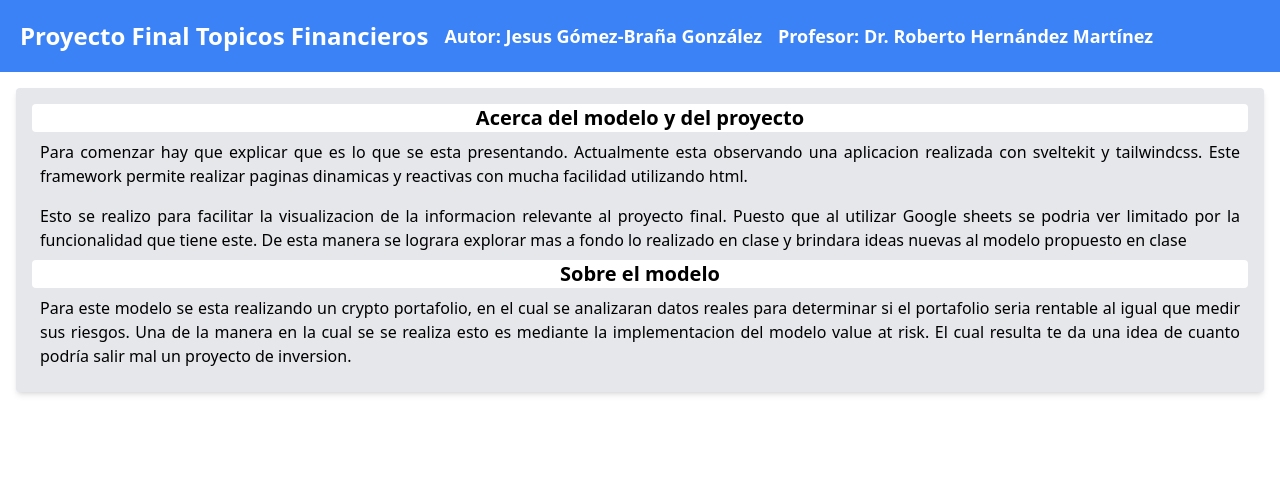
Repository: SistemaACT/Portafolio
Page: /
These files come from the project's save history. The page is drawn as it stood at one moment and after the next save; the edit follows.
The browser window is 1280 px wide. The pictures show the whole page.
The page's requests for data from a server got no answer. The project was rebuilt for these pictures with package versions that can differ from the ones it lists, and the page was loaded fresh each time. The framework's server and built-in components were replaced by stand-ins that run in the browser. No one was signed in, and anything a server would have sent is missing. Also part of the build but not shown: svelte.config.js, vite.config.ts.

Above is the page before, as saved 2024-07-07 12:25:02.

### src/routes/+page.svelte
<script lang="ts">
    import { onMount } from "svelte";
    let coins:any;
    onMount(async () => {
      try {
        let res = await fetch("https://private-coingecko-api.vercel.app/API", {
          method: "POST",
          headers: {
            'x-api-key': "YOUR_VALID_API_KEY",
            "Content-Type": "application/json",
          },
          body: JSON.stringify({
            func: "get_coin_list",
            params: [],
          }),
        });
        coins = await res.json()
        console.log(coins);

      } catch (error) {
        console.error(error);
      }
    });
  </script>





<div class="w-full bg-blue-500 text-white p-5 text-2xl font-bold flex items-center  space-x-4 ">
    <h1>
        Proyecto Final Topicos Financieros
    </h1>
    <p class="text-lg">Autor: Jesus Gómez-Braña González</p>
    <p class="text-lg">Profesor: Dr. Roberto Hernández Martínez</p>

</div>

<div class="bg-gray-200 rounded p-4 flex flex-col items-center m-4 shadow-md">
    <h2 class="w-full bg-white rounded text-xl font-bold text-center">Acerca del modelo y del proyecto</h2>
    <p class="text-justify p-2">
        Para comenzar hay que explicar que es lo que se esta presentando. Actualmente
        esta observando una aplicacion realizada con sveltekit y tailwindcss. Este framework permite
        realizar paginas dinamicas y reactivas con mucha facilidad utilizando html.
    </p>
    <p class="text-justify p-2">
        Esto se realizo para facilitar la visualizacion de la informacion relevante al proyecto final.
        Puesto que al utilizar Google sheets se podria ver limitado por la funcionalidad que tiene este.
        De esta manera se lograra explorar mas a fondo lo realizado en clase y brindara ideas nuevas al modelo
        propuesto en clase
    </p>
    <h3 class="w-full bg-white rounded text-xl font-bold text-center">Sobre el modelo</h3>
    <p class="text-justify p-2">
        Para este modelo se esta realizando un crypto portafolio, en el cual se analizaran datos reales para
        determinar si el portafolio seria rentable al igual que medir sus riesgos. Una de la manera en la cual se
        se realiza esto es mediante la implementacion del modelo value at risk. El cual resulta te da una idea de cuanto podría salir mal un proyecto de inversion.
    </p>
</div>

{#if coins}
<form class="w-full m-4 p-4 bg-gray-200 rounded flex justify-start space-x-5 items-center" >
<h2 class="font-bold">Crea tu portafolio Maximo 7 monedas</h2>
<input type="text" class="rounded border border-black bg-white" list="Selected_coin">
<datalist id="Selected_coin" >
  {#each coins as coin }
    <option value={coin.id}>{coin.name}</option>
  {/each}
</datalist>
<button class="p-2 bg-blue-500 text-white rounded" type="submit">Agregar moneda</button>
</form>
{/if}

Loaded but not shown: src/app.html (common file); src/routes/+layout.svelte (common file); src/app.css (common file); tailwind.config.js (common file)

After the next save:
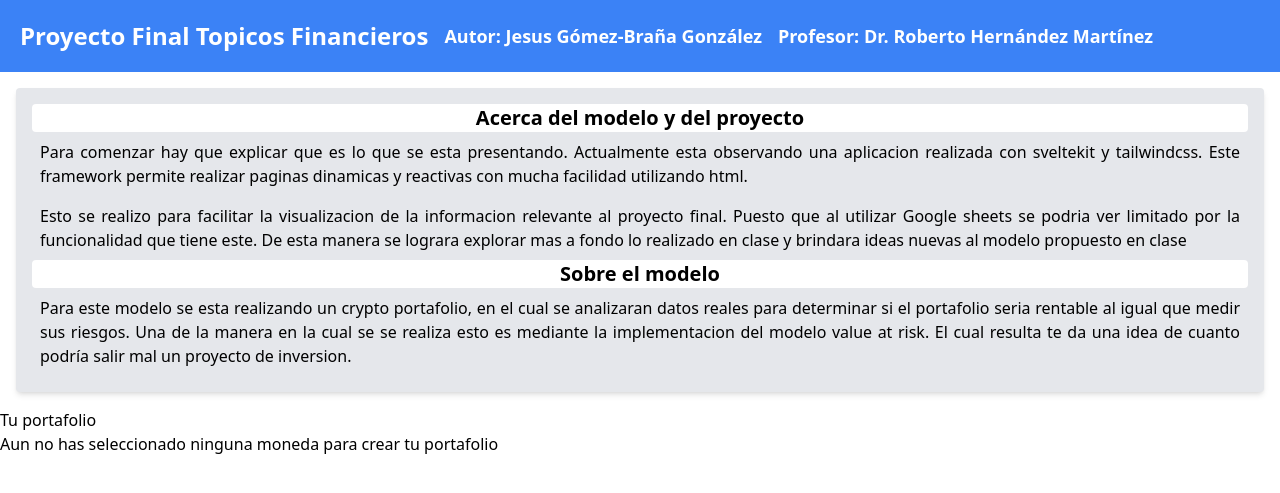
Saved 4 min 7 s later.
--- a/src/routes/+page.svelte
+++ b/src/routes/+page.svelte
@@ -21,6 +21,9 @@
         console.error(error);
       }
     });
+
+    let selected_coins:{id:string,name:string,symbol:string}[] = []
+
   </script>
 
 
@@ -69,3 +72,18 @@
 <button class="p-2 bg-blue-500 text-white rounded" type="submit">Agregar moneda</button>
 </form>
 {/if}
+
+<div>
+  <h2>Tu portafolio</h2>
+  {#if selected_coins.length==0}
+    <p>Aun no has seleccionado ninguna moneda para crear tu portafolio</p>
+  {:else}
+    {#each selected_coins as coin}
+      <div>
+        <p>Id:{coin.id}</p>
+        <p>Name:{coin.name}</p>
+        <p>Symbol:{coin.symbol}</p>
+      </div>
+    {/each}
+  {/if}
+</div>
